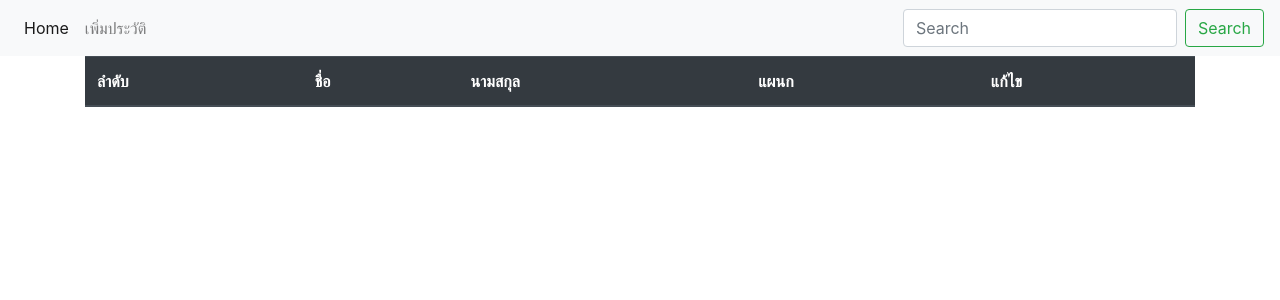
Repository: p2job/javawebapp
Page: http://localhost/demojsp/
An editor plug-in stored every save of this project. The page is shown before and after the next save, followed by the edit.
The browser window is 1280 px wide. The pictures show the whole page.
The page is served by Tomcat 9. Queries for data that is not in the repository find no rows.

Above is the page before, as saved 2020-07-31 09:08:37.

### demojsp/WebContent/index.jsp
  <%@page contentType="text/html" pageEncoding="UTF-8"%>
  <%@ page import="java.sql.*"  %>
<!DOCTYPE html>
<html>
<head>
<meta http-equiv="Content-Type" content="text/html; charset=UTF-8">
<meta name="viewport" content="width=device-width, initial-scale=1, shrink-to-fit=no">
<link rel="stylesheet" href="https://stackpath.bootstrapcdn.com/bootstrap/4.5.0/css/bootstrap.min.css" integrity="sha384-9aIt2nRpC12Uk9gS9baDl411NQApFmC26EwAOH8WgZl5MYYxFfc+NcPb1dKGj7Sk" crossorigin="anonymous">
<title>Insert title here</title>
</head>
<body>
	<nav class="navbar navbar-expand-lg navbar-light bg-light">
  <button class="navbar-toggler" type="button" data-toggle="collapse" data-target="#navbarTogglerDemo01" aria-controls="navbarTogglerDemo01" aria-expanded="false" aria-label="Toggle navigation">
    <span class="navbar-toggler-icon"></span>
  </button>
  <div class="collapse navbar-collapse" id="navbarTogglerDemo01">
    <ul class="navbar-nav mr-auto mt-2 mt-lg-0">
      <li class="nav-item active">
        <a class="nav-link" href="index.jsp">Home <span class="sr-only">(current)</span></a>
      </li>
      <li class="nav-item">
        <a class="nav-link" href="insert.jsp">เพิ่มประวัติ</a>
      </li>
    </ul>
    <form class="form-inline my-2 my-lg-0">
      <input class="form-control mr-sm-2" type="search" placeholder="Search" aria-label="Search">
      <button class="btn btn-outline-success my-2 my-sm-0" type="submit">Search</button>
    </form>
  </div>
</nav>
<div class="container">

<table class="table">
  <thead class="thead-dark">
  <%
                Connection connect = null;
            	ResultSet rec = null;
            	Statement s= null;
	try {
		Class.forName("com.mysql.jdbc.Driver");
		connect =  DriverManager.getConnection("jdbc:mysql://localhost/employee" +
				"?user=root&password=");
		s = connect.createStatement();
		String sql="SELECT * FROM employee emp LEFT JOIN department de ON de.Department_ID = emp.Department_ID";
		rec=s.executeQuery(sql);


	} catch (Exception e) {
		// TODO Auto-generated catch block
		out.println(e.getMessage());
		e.printStackTrace();
	}

	%>
    <tr>
      <th scope="col">ลำดับ</th>
      <th scope="col">ชื่อ</th>
      <th scope="col">นามสกุล</th>
      <th scope="col">แผนก</th>
      <th scope="col">แก้ไข</th>
    </tr>
  </thead>
  <tbody>
  <% while((rec!=null)&&(rec.next())) {%>
    <tr>
      <th scope="row"><%= rec.getString("ID") %></th>
      <td><%= rec.getString("Name_Prefix") %><%= rec.getString("First_Name") %></td>
      <td><%= rec.getString("Last_Name") %></td>
      <td><%= rec.getString("Department_Name") %></td>
    </tr>
    <% } %>
  </tbody>
</table>
</div>
	<script src="https://code.jquery.com/jquery-3.5.1.slim.min.js" integrity="sha384-DfXdz2htPH0lsSSs5nCTpuj/zy4C+OGpamoFVy38MVBnE+IbbVYUew+OrCXaRkfj" crossorigin="anonymous"></script>
    <script src="https://cdn.jsdelivr.net/npm/popper.js@1.16.0/dist/umd/popper.min.js" integrity="sha384-Q6E9RHvbIyZFJoft+2mJbHaEWldlvI9IOYy5n3zV9zzTtmI3UksdQRVvoxMfooAo" crossorigin="anonymous"></script>
    <script src="https://stackpath.bootstrapcdn.com/bootstrap/4.5.0/js/bootstrap.min.js" integrity="sha384-OgVRvuATP1z7JjHLkuOU7Xw704+h835Lr+6QL9UvYjZE3Ipu6Tp75j7Bh/kR0JKI" crossorigin="anonymous"></script>
</body>
</html>

After the next save:
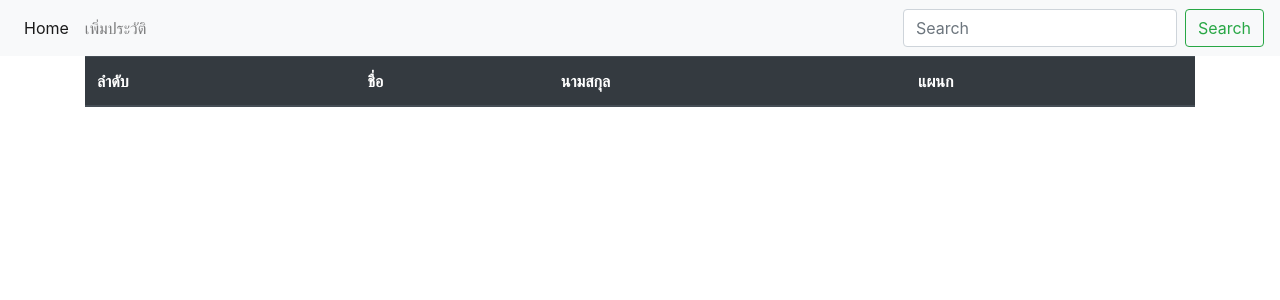
Saved 24 s later.
--- a/demojsp/WebContent/index.jsp
+++ b/demojsp/WebContent/index.jsp
@@ -57,7 +57,6 @@
       <th scope="col">ชื่อ</th>
       <th scope="col">นามสกุล</th>
       <th scope="col">แผนก</th>
-      <th scope="col">แก้ไข</th>
     </tr>
   </thead>
   <tbody>
